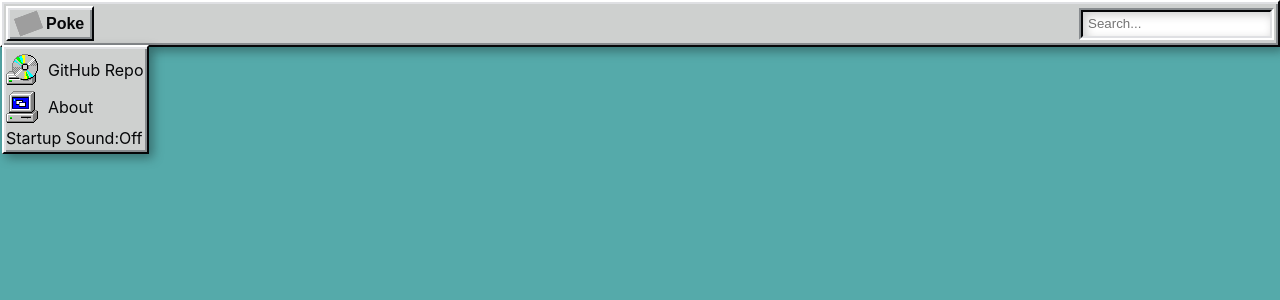
Repository: VolodymyrDubnytskyi/Pokemons
Page: /
An editor plug-in stored every save of this project. The page is shown before and after the next save, followed by the edit.
The browser window is 1280 px wide. The pictures show the whole page.
Pictures or frames that could not be fetched are drawn as grey boxes. The page's requests for data from a server got no answer. The project was rebuilt for these pictures with package versions that can differ from the ones it lists, and the page was loaded fresh each time. No one was signed in, and anything a server would have sent is missing. Also part of the build but not shown: src/Components/PopUpComponents/BasicInfo.js, src/Components/PopUpComponents/Stats.js, src/Components/PopUpComponents/Abilities.js, src/Components/PopUp.js.

Above is the page before, as saved 2020-06-11 14:59:43.

### src/App.js
import React from 'react';
import './App.css';
import Home from './Components/Home';

function App() {
  return (
    <Home />
  );
}

export default App;

### src/App.css
:root {
  --menu-bg-color: rgb(206, 208, 207);
  --main-color: rgb(5, 6, 8);
  --box-shadow-main: rgba(0, 0, 0, 0.35) 4px 4px 10px 0px, rgb(223, 224, 227) 1px 1px 0px 1px inset,
    rgb(136, 140, 143) -1px -1px 0px 1px inset;
  --box-shadow-btn: rgb(223, 224, 227) 1px 1px 0px 1px inset, rgb(136, 140, 143) -1px -1px 0px 1px inset;
}
* {
  box-sizing: border-box;
  margin: 0;
  padding: 0;
}
.main-bg {
  min-height: 100vh;
  width: 100%;
  padding-top: 35px;
  background-color: #55aaaa;
}
.content-box {
  max-width: 1380px;
  margin: auto;
  display: grid;
  grid-template-columns: repeat(6, 140px);
  justify-content: center;
}
.pokemon-container {
  height: 140px;
  display: flex;
  justify-content: center;
  align-items: center;
  flex-direction: column;
}
.pokemon-name {
  color: rgb(255, 255, 255);
  user-select: none;
  padding: 2px;
  text-decoration: underline;
}
/* header navbar */
.header-container {
  border-left-color: rgb(255, 255, 255);
  border-top-color: rgb(255, 255, 255);
  border-right-color: var(--main-color);
  border-bottom-color: var(--main-color);
  box-shadow: rgba(0, 0, 0, 0.35) 4px 4px 10px 0px, rgb(223, 224, 227) 1px 1px 0px 1px inset,
    rgb(136, 140, 143) -1px -1px 0px 1px inset;
  box-sizing: border-box;
  background-color: var(--menu-bg-color);
  color: var(--main-color);
  position: fixed;
  top: 0;
  right: 0;
  left: 0;
  padding: 4px;
  display: flex;
  flex-direction: column;
  width: 100%;
  border-style: solid;
  border-width: 2px;
}
.navbar-container {
  display: flex;
  justify-content: space-between;
  align-items: center;
}
.nav-menu-btn {
  box-sizing: border-box;
  background-color: var(--menu-bg-color);
  color: var(--main-color);
  border-left-color: rgb(255, 255, 255);
  border-top-color: rgb(255, 255, 255);
  border-right-color: var(--main-color);
  border-bottom-color: var(--main-color);
  box-shadow: var(--box-shadow-btn);
  position: relative;
  display: inline-flex;
  -webkit-box-align: center;
  align-items: center;
  -webkit-box-pack: center;
  justify-content: center;
  height: 35px;
  width: auto;
  font-size: 16px;
  border-style: solid;
  border-width: 2px;
  padding: 0px 0.5rem;
  font-weight: 600;
}
.windows-logo {
  transform: rotate(-20deg);
  margin-right: 5px;
  width: 25px;
}
/* input */
.input-container {
  position: relative;
  box-sizing: border-box;
  border-left-color: rgb(136, 140, 143);
  border-top-color: rgb(136, 140, 143);
  border-right-color: rgb(255, 255, 255);
  border-bottom-color: rgb(255, 255, 255);
  padding: 2px;
  border-style: solid;
  border-width: 2px;
  height: 32px;
}
.input-container::before {
  position: absolute;
  left: 0px;
  top: 0px;
  z-index: 1;
  content: "";
  width: calc(100% - 4px);
  height: calc(100% - 4px);
  border-left-color: var(--main-color);
  border-top-color: var(--main-color);
  border-right-color: rgb(223, 224, 227);
  border-bottom-color: rgb(223, 224, 227);
  pointer-events: none;
  box-shadow: rgba(0, 0, 0, 0.2) 3px 3px 10px inset;
  border-style: solid;
  border-width: 2px;
}
.search-input {
  outline: none;
  width: 100%;
  height: 100%;
  padding: 0 5px;
  border: none;
}
/* pop Up */
.pop-up-detail-bg {
  position: fixed;
  top: 50%;
  left: 50%;
  transform: translate(-50%, -50%);
  min-height: 400px;
  width: 600px;
  padding: 2px;
  border: 2px solid;
  border-left-color: rgb(255, 255, 255);
  border-top-color: rgb(255, 255, 255);
  border-right-color: var(--main-color);
  border-bottom-color: var(--main-color);
  box-shadow: var(--box-shadow-main);
  box-sizing: border-box;
  display: inline-block;
  background-color: var(--menu-bg-color);
  color: var(--main-color);
}
.pop-up-detail-header {
  height: 33px;
  display: flex;
  align-items: center;
  justify-content: space-between;
  margin: 0 2px 4px 0;
  font-weight: bold;
  color: rgb(255, 255, 255);
  padding: 0px 0.5rem;
  background: linear-gradient(to right, rgb(0, 0, 128), rgb(16, 52, 166));
}
.close-btn {
  position: relative;
  display: flex;
  align-items: center;
  justify-content: center;
  height: 27px;
  width: 27px;
  font-size: 16px;
  padding: 0px;
  margin-right: -6px;
  margin-top: 1px;
  outline: none;
  background-color: var(--menu-bg-color);
  color: var(--main-color);
  border: 2px solid;
  border-left-color: rgb(255, 255, 255);
  border-top-color: rgb(255, 255, 255);
  border-right-color: rgb(5, 6, 8);
  border-bottom-color: rgb(5, 6, 8);
  box-shadow: var(--box-shadow-btn);
  font-weight: bold;
}
.exit-link-container {
  display: flex;
  align-items: center;
  padding: 4px;
}
.disabled-text-btn,
.active-text-btn {
  padding: 0 0.5rem;
  display: inline-flex;
  -webkit-box-align: center;
  align-items: center;
  -webkit-box-pack: center;
  justify-content: center;
  height: 27px;
  font-size: 16px;
  background-color: transparent;
  border: 2px solid transparent;
  font-weight: 500;
}
.disabled-text-btn {
  color: rgb(136, 140, 143);
  text-shadow: rgb(255, 255, 255) 1px 1px;
}
.active-text-btn {
}
.pokemon-detail {
  width: 80%;
  height: 270px;
  margin: 20px auto auto auto;
}
.pokemon-detail-menu {
  display: flex;
  align-items: center;
}
.pokemon-detail-content {
  background-color: var(--menu-bg-color);
  color: var(--main-color);
  border-left-color: rgb(255, 255, 255);
  border-top-color: rgb(255, 255, 255);
  border-right-color: var(--main-color);
  border-bottom-color: var(--main-color);
  box-shadow: rgb(223, 224, 227) 1px 1px 0px 1px inset, rgb(136, 140, 143) -1px -1px 0px 1px inset;
  position: relative;
  display: flex;
  align-items: center;
  height: 90%;
  border-style: solid;
  border-width: 2px;
  padding: calc(1.5rem) 1rem 1rem;
}
.pokemon-detail-menu {
  height: 10%;
}
.pokemon-detail-menu-item {
  box-sizing: border-box;
  display: inline-block;
  background-color: rgb(206, 208, 207);
  border-left-color: rgb(255, 255, 255);
  border-top-color: rgb(255, 255, 255);
  border-right-color: rgb(5, 6, 8);
  box-shadow: rgb(223, 224, 227) 1px 1px 0px 1px inset, rgb(136, 140, 143) -1px -1px 0px 1px inset;
  position: relative;
  height: 35px;
  line-height: 35px;
  border-top-left-radius: 5px;
  border-top-right-radius: 5px;
  margin-bottom: -2px;
  cursor: default;
  color: rgb(5, 6, 8);
  border-style: solid solid none;
  border-width: 2px 2px 2px;
  padding: 0px 0.5rem;
  border-bottom: none;
}
.pokemon-detail-menu-active-item {
  background-color: rgb(206, 208, 207);
  border-left-color: rgb(255, 255, 255);
  border-top-color: rgb(255, 255, 255);
  border-right-color: rgb(5, 6, 8);
  box-shadow: rgb(223, 224, 227) 1px 0px 0px 0px inset, rgb(136, 140, 143) -1px 0px 0px 0px inset;
  position: relative;
  line-height: 35px;
  border-top-left-radius: 5px;
  border-top-right-radius: 5px;
  cursor: default;
  color: rgb(5, 6, 8);
  z-index: 1;
  height: calc(39px);
  border-style: solid solid none;
  border-width: 2px 2px 2px;
  border-bottom: none;
  padding: 0px calc(0.5rem + 8px);
  margin-bottom: 4px;
}
.pokemon-detail-img-container {
  width: 40%;
  height: 100%;
  display: flex;
  justify-content: center;
  align-items: center;
}
.pokemon-detail-description-box {
  width: 60%;
  height: 100%;
  display: flex;
  flex-direction: column;
}
.pokemon-detail-img {
  width: 85%;
  height: 85%;
}
.pokemon-detail-type-of-pokemon {
  background: rgb(75, 144, 214);
  color: rgb(255, 255, 255);
  padding: 4px;
  max-width: 81px;
  display: flex;
  justify-content: center;
  align-items: center;
}
.stats-container {
  background-color: rgb(206, 208, 207);
  color: rgb(5, 6, 8);
  border-left-color: rgb(255, 255, 255);
  border-top-color: rgb(255, 255, 255);
  border-right-color: rgb(5, 6, 8);
  border-bottom-color: rgb(5, 6, 8);
  box-shadow: rgb(223, 224, 227) 1px 1px 0px 1px inset, rgb(136, 140, 143) -1px -1px 0px 1px inset;
  border-style: solid;
  border-width: 2px;
  padding: calc(1.5rem) 1rem 1rem;
}
.stats-content-container {
  position: relative;
  border: 2px solid;
  border-left-color: rgb(136, 140, 143);
  border-top-color: rgb(136, 140, 143);
  border-right-color: rgb(255, 255, 255);
  border-bottom-color: rgb(255, 255, 255);
  background-color: #fff;
  height: 100%;
}
.stats-content-container::before {
  position: absolute;
  left: 0px;
  top: 0px;
  z-index: 1;
  content: "";
  width: calc(100% - 4px);
  height: calc(100% - 4px);
  border-left-color: rgb(5, 6, 8);
  border-top-color: rgb(5, 6, 8);
  border-right-color: rgb(223, 224, 227);
  border-bottom-color: rgb(223, 224, 227);
  pointer-events: none;
  box-shadow: rgba(0, 0, 0, 0.2) 3px 3px 10px inset;
  border-style: solid;
  border-width: 2px;
  display: flex;
  flex-direction: column;
  justify-content: center;
  align-items: center;
}
.stats-table-heading,
.stats {
  display: flex;
  justify-content: space-between;
  align-items: center;
}
.stats {
  padding: 0 10px;
  margin: 6px 0;
}
.stats-table-heading div,
.stats-table-heading span {
  border-right-color: rgb(5, 6, 8);
  border-bottom-color: rgb(5, 6, 8);
  box-shadow: rgb(223, 224, 227) 1px 1px 0px 1px inset, rgb(136, 140, 143) -1px -1px 0px 1px inset;
  display: inline-block;
  vertical-align: inherit;
  cursor: default;
  border-style: none solid solid none;
  border-width: 2px 2px;
  padding: 0px 0.5rem;
  background: rgb(206, 208, 207);
  border-left: none;
  border-top: none;
}
.stats-table-colum-lg {
  width: 80%;
}
.stats-table-column-sm {
  width: 20%;
}
.active-btn {
  box-sizing: border-box;
  background-color: rgb(206, 208, 207);
  color: rgb(5, 6, 8);
  border-left-color: rgb(5, 6, 8);
  border-top-color: rgb(5, 6, 8);
  border-right-color: rgb(255, 255, 255);
  border-bottom-color: rgb(255, 255, 255);
  box-shadow: rgb(136, 140, 143) 1px 1px 0px 1px inset, rgb(223, 224, 227) -1px -1px 0px 1px inset;
  background-image: url(data:[embedded picture, 142 characters]);
  position: relative;
  display: inline-flex;
  -webkit-box-align: center;
  align-items: center;
  -webkit-box-pack: center;
  justify-content: center;
  height: 35px;
  width: auto;
  font-size: 16px;
  border-style: solid;
  border-width: 2px;
  padding: 2px 0.5rem 0px;
}
button {
  -webkit-tap-highlight-color: rgba(0, 0, 0, 0);
  outline: none;
}
/* nav menu */
.nav-menu-container {
  width: auto;
  border-left-color: rgb(255, 255, 255);
  border-top-color: rgb(255, 255, 255);
  border-right-color: rgb(5, 6, 8);
  border-bottom-color: rgb(5, 6, 8);
  box-shadow: rgba(0, 0, 0, 0.35) 4px 4px 10px 0px, rgb(223, 224, 227) 1px 1px 0px 1px inset,
    rgb(136, 140, 143) -1px -1px 0px 1px inset;
  box-sizing: border-box;
  display: inline-block;
  background-color: rgb(206, 208, 207);
  color: rgb(5, 6, 8);
  position: absolute;
  bottom: 0px;
  left: 0px;
  transform: translate(0px, 100%);
  padding: 2px 4px 4px 2px;
  border-style: solid;
  border-width: 2px;
  list-style: none;
}
.menu-item {
  display: flex;
  align-items: center;
  margin:5px 0;
}
.menu-icons {
  margin-right: 10px;
}

### src/Components/Home.js
import React from 'react';
import { Component } from 'react';
import Header from './Header';
import PopUpPokemonDetail from './PopUp';

class Home extends Component {
    state = {
        collectionsOfUrl: '',
        pokemonsDetail: [],
        clickedPokemonDetail: '',
        activePopUp: false
    }
    componentDidMount() {
        fetch('https://pokeapi.co/api/v2/pokemon/?offset=0&limit=150')
            .then(res => res.json())
            .then((data => {
                this.setState({
                    collectionsOfUrl: data.results
                }, () => {
                    this.getPokemonsData();
                })
            }))
    }
    getPokemonsData = e => {
        this.state.collectionsOfUrl.map((item) => {
            fetch(item.url)
                .then(res => res.json())
                .then((result) => {
                    this.setState({
                        pokemonsDetail: [...this.state.pokemonsDetail, result].sort((a, b) => a.id - b.id),
                        pokemonDetailDefault: this.state.pokemonsDetail
                    })
                })
        })
    }
    getPokemonSpecies = pokemon => {
        fetch(pokemon.species.url)
            .then((res => res.json()))
            .then((data => this.setState({ pokemonSpecies: data })))
    }

    checkPokemonDetail = pokemon => {
        this.setState({
            clickedPokemonDetail: pokemon,
            activePopUp: true
        })
        this.getPokemonSpecies(pokemon)
    }
    closePopUp = e => this.setState({ activePopUp: false })
    filterPokemons = serchWord => {
        this.setState({
            pokemonsDetail: this.state.pokemonDetailDefault.filter((item) => item.name.includes(serchWord))
        })
    }
    render() {
        console.log(this.state.clickedPokemonDetail);
        return (
            <section className={'main-bg'}>
                <Header
                    filterPokemons={this.filterPokemons} />
                {this.state.activePopUp &&
                    <PopUpPokemonDetail
                        pokemon={this.state.clickedPokemonDetail}
                        activePopUp={this.state.activePopUp}
                        pokemonSpecies={this.state.pokemonSpecies}
                        closePopUp={this.closePopUp} />}
                <div className={'content-box'}>
                    {this.state.pokemonsDetail.map((item, i) => {
                        return (
                            <div
                                className={'pokemon-container'}
                                // onClick={}
                                onDoubleClick={() => this.checkPokemonDetail(item)}
                                key={i}
                            >
                                <img src={item.sprites.front_default} alt="pokemon-image" />
                                <h3 className={'pokemon-name'}>{item.name.charAt(0).toUpperCase() + item.name.slice(1)}</h3>
                            </div>
                        );
                    })}
                </div>
            </section>
        );
    }
}
export default Home;

### src/Components/Header.js
import React, { Component } from 'react';
import Menu from './HeaderComponents/Menu';

class Header extends Component {
    state = {
        searchPoki: '',
        activeMenu: false
    }
    setInputValue = e => {
        this.setState({
            searchPoki: e.target.value
        }, () => {
            this.props.filterPokemons(this.state.searchPoki)
        })
    }
    showMenu = e => {
        this.setState({
            activeMenu: !this.state.showMenu
        })
    }
    render() {
        return (
            <header className={'header-container'}>
                <nav className={'navbar-container'}>
                    <button className={`nav-menu-btn ${this.state.activeMenu && 'active-btn'}`} onClick={this.showMenu}>
                        <img
                            src="https://upload.wikimedia.org/wikipedia/commons/thumb/1/1e/Windows_Logo_1995.svg/32px-Windows_Logo_1995.svg.png" alt="windows"
                            className={'windows-logo'} />
                        Poke
                    </button>
                    <Menu/>
                    <div className={'input-container'}>
                        <input
                            className={'search-input'}
                            type='text'
                            placeholder='Search...'
                            value={this.state.searchPoki}
                            onChange={this.setInputValue} />
                    </div>
                </nav>
            </header>
        );
    }
}

export default Header;

### src/Components/HeaderComponents/Menu.js
import React from 'react';
import { imgDvd, imgPc } from '../../assets/imgDvd';
let dvdImg = ''

const Menu = props => {
    return (
        <div className={'nav-menu-container'}>
            <ul>
                <li className={'menu-item'}>
                    <img src={imgDvd} alt="window-95-dvd"  className={'menu-icons'}/>
                 GitHub Repo
                 </li>
                <li className={'menu-item'}>
                    <img src={imgPc} alt="window-95-computre" className={'menu-icons'} />
                 About
                 </li>
                <li>Startup Sound:Off</li>
            </ul>
        </div>
    )
}
export default Menu;

Loaded but not shown: public/index.html (common file); src/index.js (common file); src/index.css (common file); src/serviceWorker.js (common file); src/assets/imgDvd.js (library)

After the next save:
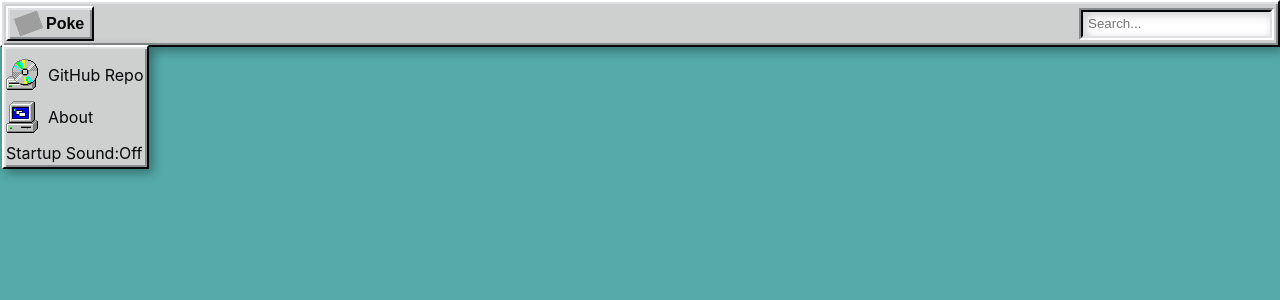
Saved 5 s later.
--- a/src/App.css
+++ b/src/App.css
@@ -427,7 +427,7 @@ button {
 .menu-item {
   display: flex;
   align-items: center;
-  margin:5px 0;
+  margin:10px 0;
 }
 .menu-icons {
   margin-right: 10px;
